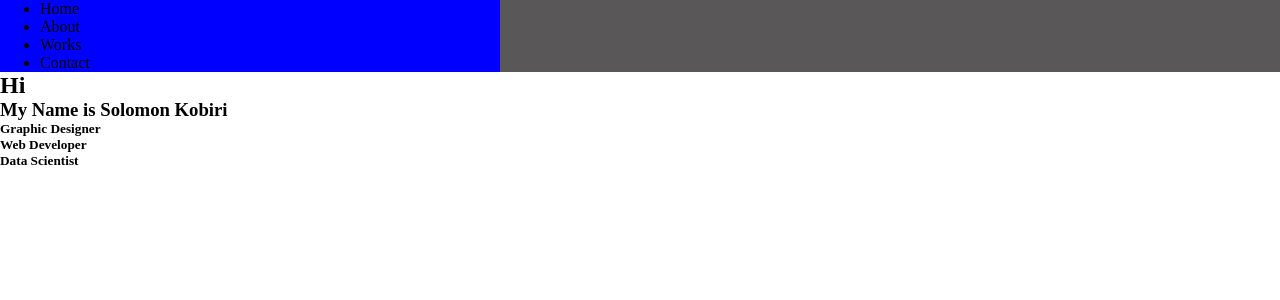
Repository: Kwabena-Kobiri/yellocoders
Page: index.html
An editor plug-in stored every save of this project. The page is shown before and after the next save, followed by the edit.
The browser window is 1280 px wide. The pictures show the whole page.

Above is the page before, as saved 2021-05-05 18:41:21.

After the next save:
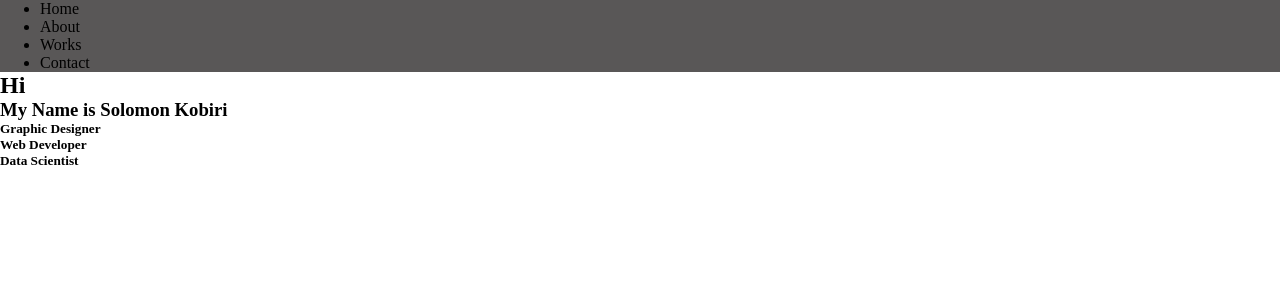
Saved 17 s later.
--- a/index.css
+++ b/index.css
@@ -9,8 +9,7 @@
 }
 
 #nav {
-    background-color: blue;
-    width: 500px;
+
 }
 
 /* HEADER STYLING ENDS HERE */
